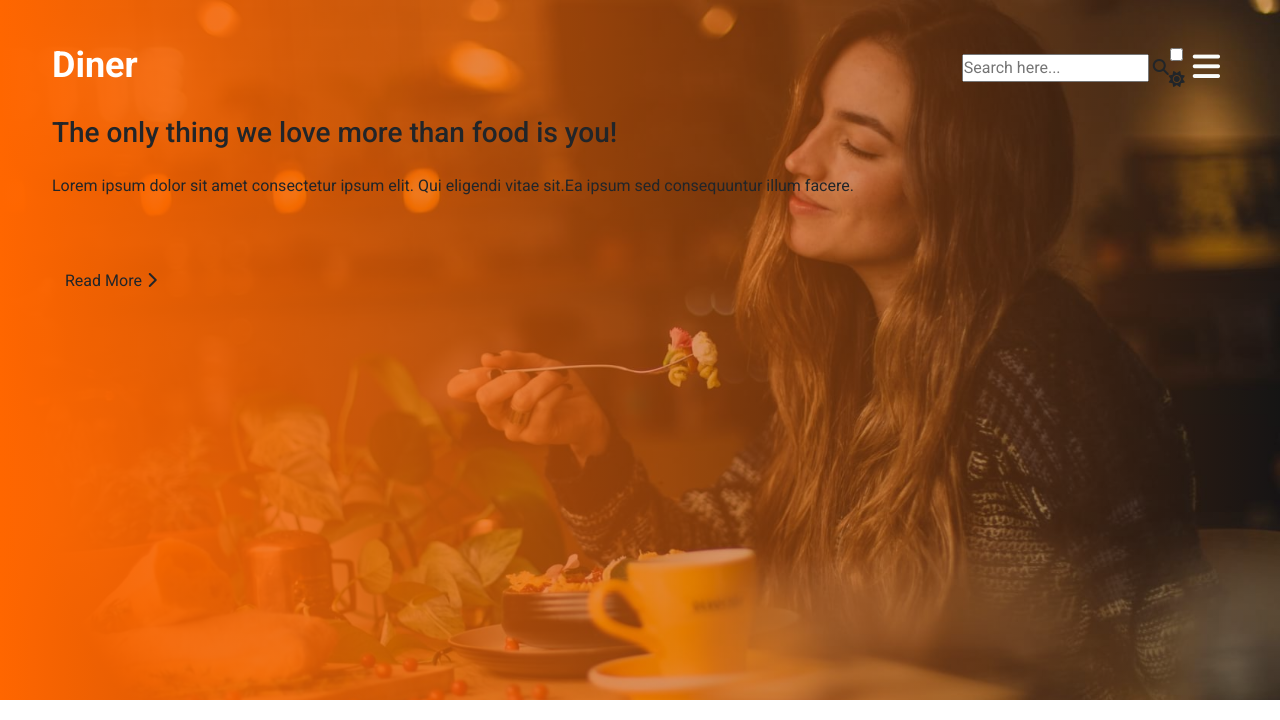
Repository: minhtrivu6199/Diner
Page: index.html
These files come from the project's save history. The page is drawn as it stood at one moment and after the next save; the edit follows.
The browser window is 1280 px wide. The pictures show the whole page.
The style sheet was rebuilt from its Sass, Less or Tailwind sources for each picture, by a compiler version that may differ from the author's.

Above is the page before, as saved 2022-10-10 14:05:12.

### index.html
<!DOCTYPE html>
<html lang="en">
  <head>
    <title>Title</title>
    <!-- Required meta tags -->
    <meta charset="utf-8" />
    <meta
      name="viewport"
      content="width=device-width, initial-scale=1, shrink-to-fit=no"
    />
    <!-- FontAwesome 6.2.0 CSS -->
    <link
      rel="stylesheet"
      href="https://cdnjs.cloudflare.com/ajax/libs/font-awesome/6.2.0/css/all.min.css"
      integrity="sha512-xh6O/CkQoPOWDdYTDqeRdPCVd1SpvCA9XXcUnZS2FmJNp1coAFzvtCN9BmamE+4aHK8yyUHUSCcJHgXloTyT2A=="
      crossorigin="anonymous"
      referrerpolicy="no-referrer"
    />

    <!-- Font -->
    <link rel="preconnect" href="https://fonts.googleapis.com" />
    <link rel="preconnect" href="https://fonts.gstatic.com" crossorigin />
    <link
      href="https://fonts.googleapis.com/css2?family=Roboto:wght@100;300;400;500;700;900&display=swap"
      rel="stylesheet"
    />

    <!-- Bootstrap CSS v5.2.1 -->
    <link
      href="https://cdn.jsdelivr.net/npm/bootstrap@5.2.1/dist/css/bootstrap.min.css"
      rel="stylesheet"
      integrity="sha384-iYQeCzEYFbKjA/T2uDLTpkwGzCiq6soy8tYaI1GyVh/UjpbCx/TYkiZhlZB6+fzT"
      crossorigin="anonymous"
    />
    <!-- CSS -->
    <link rel="stylesheet" href="./css/style.min.css" />
  </head>

  <body>
    <section class="header-banner">
      <div class="container">
        <div class="banner-header">
          <div class="banner-logo">
            <h1>
              <a href="" class="logo-brand">Diner</a>
            </h1>
          </div>
          <div class="banner-right-content">
            <div class="search-bar">
              <form class="search position-relative">
                <input
                  type="search"
                  class="search-input"
                  placeholder="Search here..."
                />
                <span class="fa fa-search search-icon"></span>
              </form>
            </div>
            <div class="menu text-center">
              <div class="mobile-position">
                <nav class="navigation">
                  <div class="theme-switch-wrapper">
                    <label for="checkbox" class="theme-switch">
                      <input type="checkbox" id="checkbox" />
                      <div class="mode-container">
                        <i class="fa fa-sun"></i>
                        <!-- <i class="fa fa-moon"></i> -->
                      </div>
                    </label>
                  </div>
                </nav>
              </div>
              <div class="mobile-nav-button text-center">
                <button id="trigger-overlay" type="button">
                  <i class="fa fa-bars" aria-hidden="true"></i>
                </button>
              </div>
            </div>
          </div>
          <div class="overlay overlay-scale">
            <button type="button" class="overlay-close">
              <i class="fa fa-times" aria-hidden="true"></i>
            </button>

            <nav>
              <ul>
                <li><a href="index.html" class="active">Home</a></li>
                <li><a href="about.html">About</a></li>
                <li><a href="services.html">Services</a></li>
                <li><a href="blog.html">Blog</a></li>
                <li><a href="error.html">404</a></li>
                <li><a href="">Landing Page</a></li>
                <li><a href="contact.html">Contact</a></li>
                <li><a href="">Shot Codes</a></li>
                <li><a href="">Email</a></li>
              </ul>
            </nav>
          </div>
        </div>
        <div class="banner-info">
          <h3 class="mb-4">The only thing we love more than food is you!</h3>
          <div class="separator"></div>
          <p class="pr-lg-5 mt-md-4 mt-3">
            Lorem ipsum dolor sit amet consectetur ipsum elit. Qui eligendi
            vitae sit.Ea ipsum sed consequuntur illum facere.
          </p>
          <a class="btn btn-white mt-sm-5 mt-4 mr-2" href="about.html">
            Read More
            <span class="fa fa-chevron-right ml-2" aria-hidden="true"></span>
          </a>
        </div>
      </div>
    </section>
    <!-- Bootstrap JavaScript Libraries -->
    <script
      src="https://cdn.jsdelivr.net/npm/@popperjs/core@2.11.6/dist/umd/popper.min.js"
      integrity="sha384-oBqDVmMz9ATKxIep9tiCxS/Z9fNfEXiDAYTujMAeBAsjFuCZSmKbSSUnQlmh/jp3"
      crossorigin="anonymous"
    ></script>

    <script
      src="https://cdn.jsdelivr.net/npm/bootstrap@5.2.1/dist/js/bootstrap.min.js"
      integrity="sha384-7VPbUDkoPSGFnVtYi0QogXtr74QeVeeIs99Qfg5YCF+TidwNdjvaKZX19NZ/e6oz"
      crossorigin="anonymous"
    ></script>
  </body>
</html>

### scss/style.scss
@import './base/variables';
@import './pages/components/menu';

html, body {
    font-family: 'Roboto', sans-serif;
}
a {
    // color: $orange;
    text-decoration: none;
    background-color: transparent;
}

.header-banner {
    background-image: linear-gradient(to right, $orange, hsl(30deg 100% 1% / 20%)), url(../img/banner1.jpg);
    background-size: cover;
    background-position: initial;
    background-repeat: no-repeat;
    background-attachment: fixed;
    min-height: 700px;
    .container {
        max-width: 1200px;
        .banner-header {
            display: flex;
            justify-content: space-between;
            align-items: center;
            padding: 40px 0 20px 0;
            .banner-logo {
                .logo-brand {
                    font-size: 36px;
                    font-weight: 700;
                    color: $white;
                }
            }

            .banner-right-content {
                display: flex;
                justify-content: center;
                align-items: center;
                .search-bar {
                    display: flex;
                }

                .menu {
                    display: flex;
                    justify-content:center;
                    align-items: center;
                }

            }

        }

        .banner-info {

        }

    }
}

### scss/base/_variables.scss
// Color
$blue: #007bff;
$indigo: #6610f2;
$purple: #6f42c1;
$pink: #e83e8c;
$red: #dc3545;
$orange: #ff6600;
$yellow: #ffc107;
$green: #28a745;
$teal: #20c997;
$cyan: #17a2b8;
$white: #fff;
$gray: #6c757d;
$gray-dark: #343a40;
$light-orange: #f8b195;
$success: #28a745;
$info: #17a2b8;
$warning: #ffc107;
$danger: #dc3545;
$light: #f8f9fa;
$dark: #343a40;


*, ::after, ::before {
    margin: 0;
    padding: 0;
    box-sizing: border-box;
}

### scss/pages/components/_menu.scss
@import '../../base/variables';
.overlay {
	position: fixed;
	width: 100%;
	height: 100%;
	top: 0;
	left: 0;
	background: rgb(6 3 0 / 77%);
}

/* Overlay closing cross */
.overlay .overlay-close {
    width: 40px;
    height: 40px;
    position: absolute;
    right: 40px;
    top: 40px;
    overflow: hidden;
    border: none;
    background: $orange;
    color: #fff;
    border-radius: 6px;
}

button#trigger-overlay {
	outline: none;
	border: none;
	background: none;
	text-align: center;
	color: #fbfdfb;
	font-size: 1.95em;
	padding: 0 8px;
}

/* Menu style */
.overlay nav {
	text-align: center;
	position: relative;
	top: 50%;
	height: 60%;
	-webkit-transform: translateY(-50%);
	transform: translateY(-50%);
}
.overlay ul {
	list-style: none;
	padding: 0;
	margin: 0 auto;
	display: inline-block;
	height: 100%;
	position: relative;
}
.overlay ul li {
	display: block;
	-webkit-backface-visibility: hidden;
	backface-visibility: hidden;
    line-height:3em;
}
.overlay ul li a {
	font-size: 20px;
	font-weight: 600;
	display: block;
	color: #fff;
	-webkit-transition: color 0.2s;
	transition: color 0.2s;
}

.overlay ul li a:hover,
.overlay ul li a:focus {
	color:var(--primary-color);
}

/* Effects */
.overlay-scale {
	visibility: hidden;
	opacity: 0;
	-webkit-transform: scale(0.9);
	transform: scale(0.9);
	-webkit-transition: -webkit-transform 0.2s, opacity 0.2s, visibility 0s 0.2s;
	transition: transform 0.2s, opacity 0.2s, visibility 0s 0.2s;
}

.overlay-scale.open {
	visibility: visible;
	opacity: 1;
	-webkit-transform: scale(1);
	transform: scale(1);
	-webkit-transition: -webkit-transform 0.4s, opacity 0.4s;
	transition: transform 0.4s, opacity 0.4s;
}

@media screen and (max-height: 30.5em) {
	.overlay nav {
		height: 70%;
		font-size: 34px;
	}

	.overlay ul li {
		min-height: 34px;
	}
}
@media (max-width:767px) {
	.overlay ul li a {
		font-size: 16px;
	}
	.overlay ul li {
		line-height: 2.5em;
	}
}
@media (max-width:600px) {
	.overlay ul li a {
		font-size: 16px;
	}
	.overlay ul li {
		line-height: 2.2em;
	}
}

After the next save:
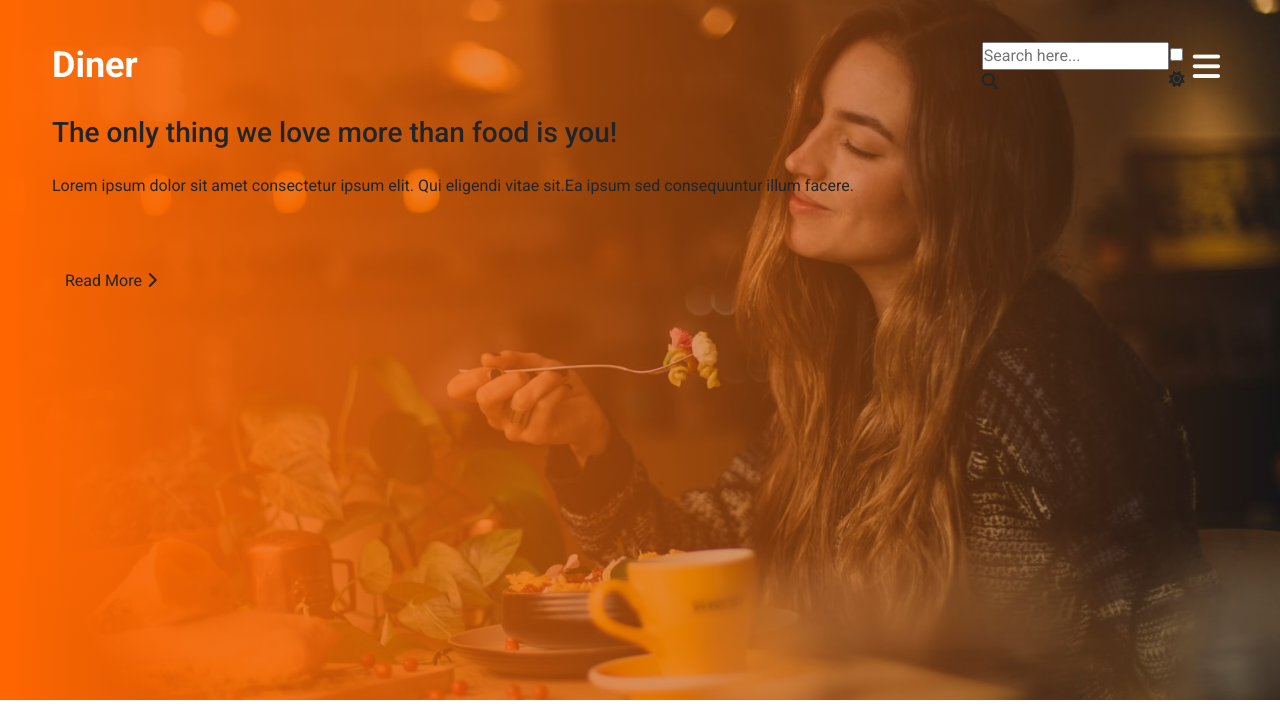
Saved 85 s later.
--- a/scss/style.scss
+++ b/scss/style.scss
@@ -38,6 +38,11 @@ a {
                 align-items: center;
                 .search-bar {
                     display: flex;
+                    .search {
+                        .search-input {
+                            display: flex;
+                        }
+                    }
                 }
 
                 .menu {
